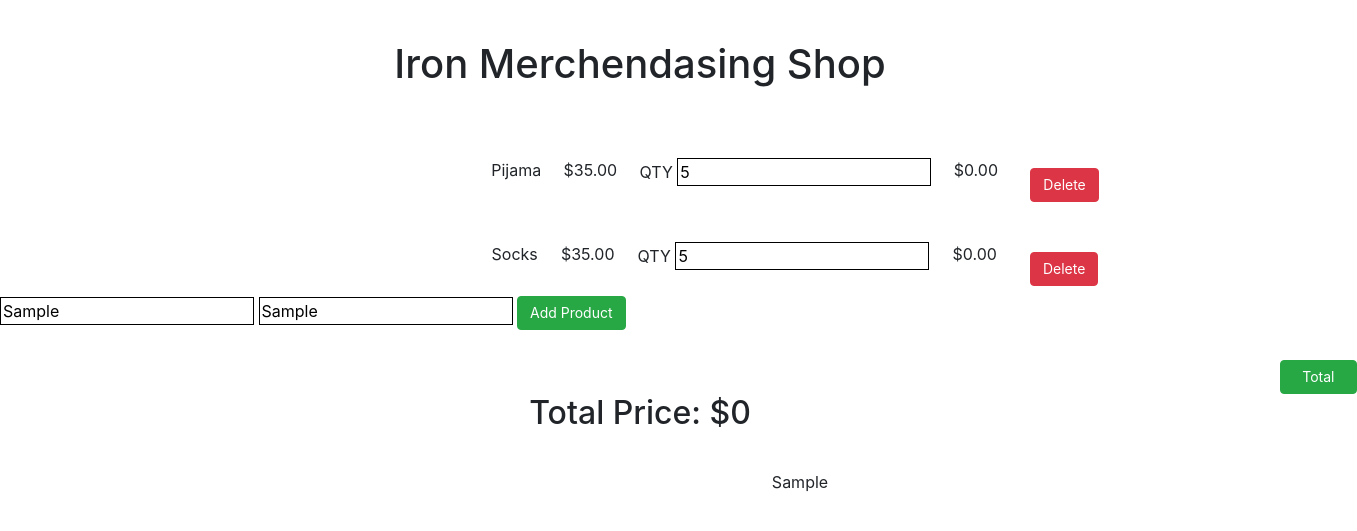
Repository: konstantin0s/lab-cart-DOM
Page: index.html
These files come from the project's save history. The page is drawn as it stood at one moment and after the next save; the edit follows.
The browser window is 1280 px wide. The page is 1357 px wide, so the pictures cover 1357 px, including what lies to the right of the window. The pictures show the whole page.
Empty fields were first filled with sample values (such as "Sample", 5 or name@example.com).
After loading, the first visible `#addNewProd` was submitted once.
Some web libraries are served in a nearby version.

Above is the page before, as saved 2019-02-03 21:55:51.
Console error: TypeError: Cannot set properties of null (setting 'onclick')

After the next save:
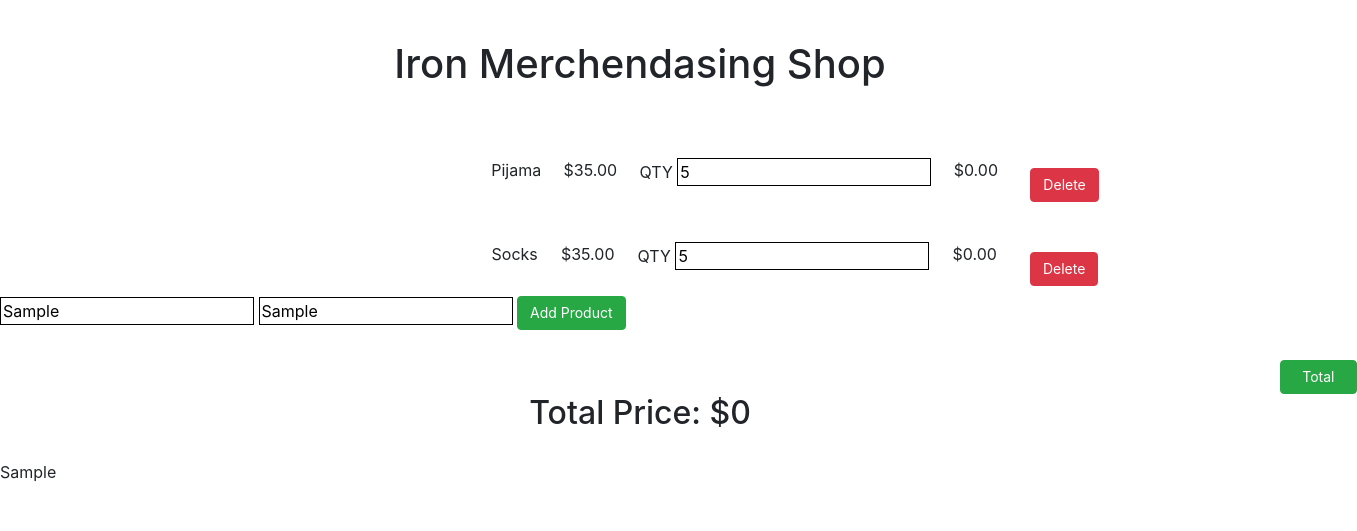
Saved 54 s later.
--- a/js/index.js
+++ b/js/index.js
@@ -116,7 +116,7 @@
 
  //new div & span product name
  var divPrice = document.createElement("div");
- div.className = "product";
+ div.className = "price";
  var spanPrice = document.createElement("span");
  divPrice.appendChild(spanPrice);
  //append new product to new span

After the 2 saves that followed:
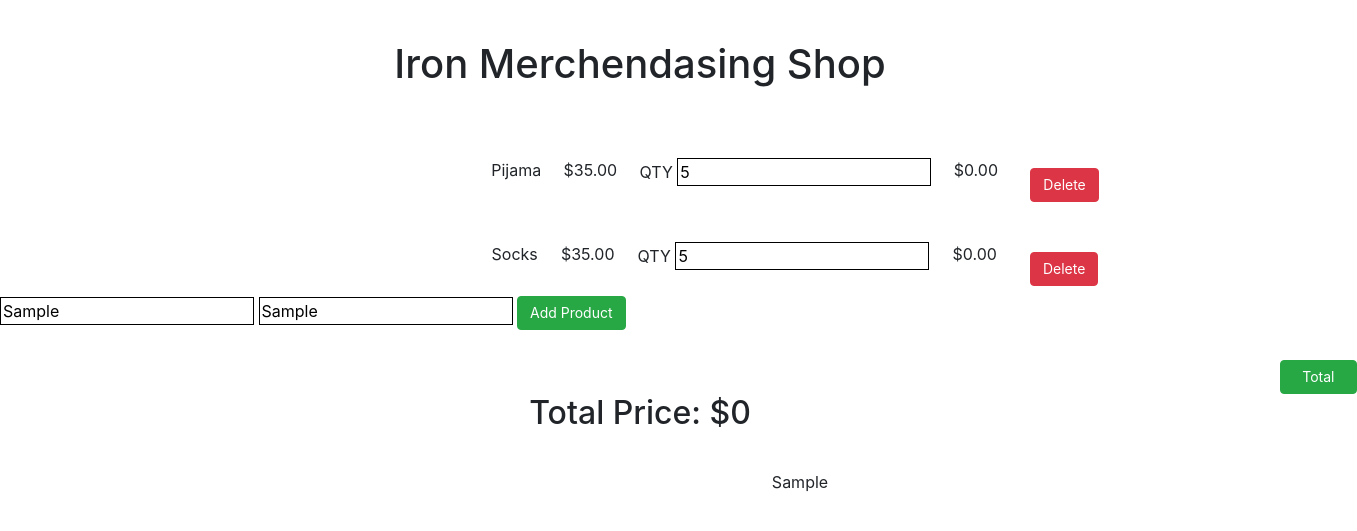
The 2 saves are shown as one change because 1 left the picture as it was.
The last was saved 2 min 9 s later.
--- a/js/index.js
+++ b/js/index.js
@@ -116,15 +116,15 @@
 
  //new div & span product name
  var divPrice = document.createElement("div");
- div.className = "price";
+ divPrice.className = "price";
  var spanPrice = document.createElement("span");
  divPrice.appendChild(spanPrice);
  //append new product to new span
  spanPrice.appendChild(document.createTextNode(newPr));
 
-  var divQua = document.createElement("div");
-  var quaSpan = document.createElement("input");
-  divQua.appendChild(quaSpan);
+  // var divQua = document.createElement("div");
+  // var quaSpan = document.createElement("input");
+  // divQua.appendChild(quaSpan);
 
   // var divDel = document.createElement("div");
   // divDel.className = "remove";
